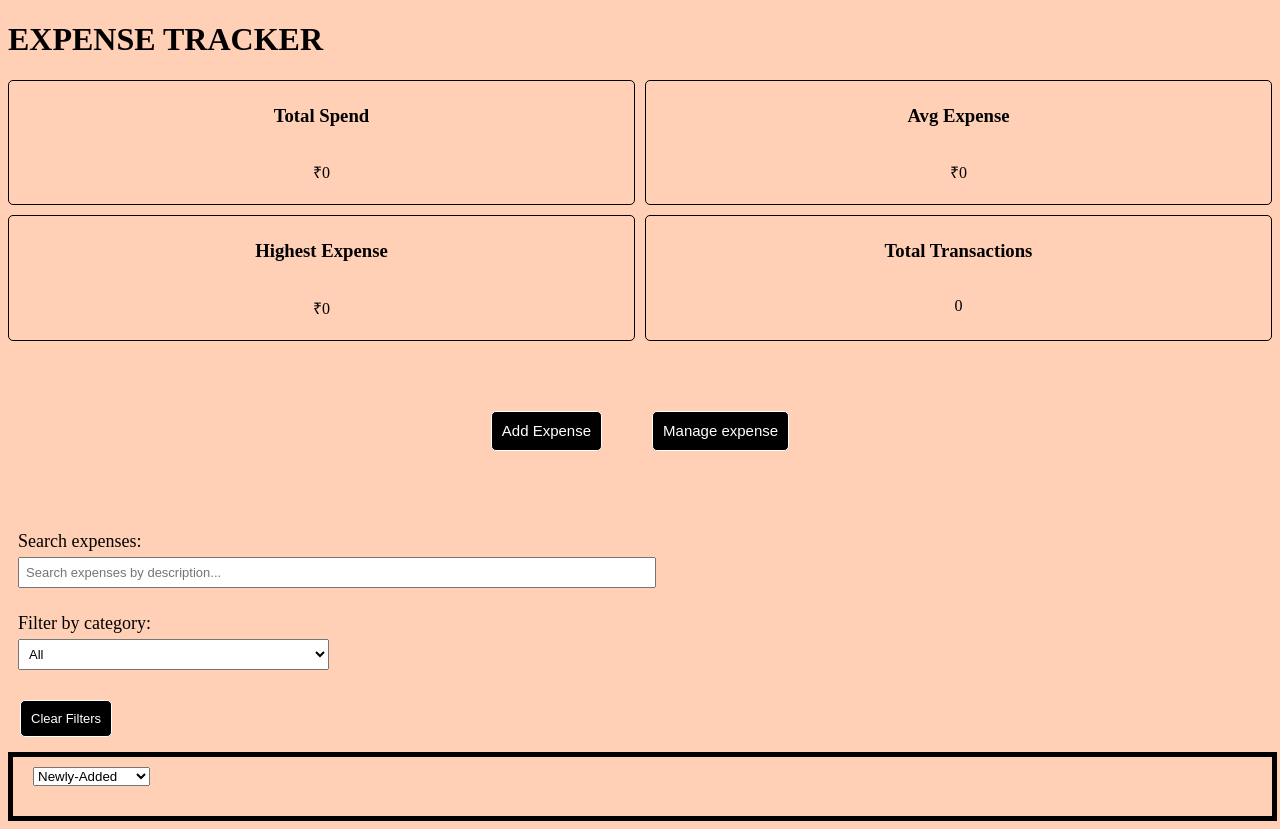
Repository: Gaurav124937/Expense-Tracker
Page: index.html
The author's editor kept a copy of each file at every save. The page is drawn from the files as they stood at one save, then again after the next save.
The browser window is 1280 px wide. The pictures show the whole page.

Above is the page before, as saved 2026-09-21 20:38:30.

### index.html
<!doctype html>
<html lang="en">
  <head>
    <meta charset="UTF-8" />
    <meta name="viewport" content="width=device-width, initial-scale=1.0" />
    <title>Expense tracker</title>
    <link rel="stylesheet" href="style.css" />
    <script src="script.js" defer></script>
  </head>

  <body>
    <h1>EXPENSE TRACKER</h1>

    <div class="grid">
      <section class="section">
        <h3>Total Spend</h3>
        <p>₹0</p>
      </section>

      <section class="section">
        <h3>Avg Expense</h3>
        <p>₹0</p>
      </section>

      <section class="section">
        <h3>Highest Expense</h3>
        <p>₹0</p>
      </section>

      <section class="section transaction-count">
        <h3>Total Transactions</h3>
        <p>0</p>
      </section>
    </div>

    <div class="buttons-grid">
      <button class="btn add-expense-button">Add Expense</button>
      <button class="btn manage-expense-button">Manage expense</button>
    </div>

    <div class="filter-container">
      <div class="search-filter-container">
        <label class="filter-form-label" for="expense-search"
          >Search expenses:</label
        >
        <input
          type="text"
          class="expense-search"
          placeholder="Search expenses by description..."
        />
      </div>
      <div class="category-filter-container">
        <label class="filter-form-label" for="category"
          >Filter by category:</label
        >
        <select class="category-filter" name="category">
          <option value="all">All</option>
          <option value="food">Food</option>
          <option value="petrol">Petrol</option>
          <option value="travel">Travel</option>
          <option value="shopping">Shopping</option>
          <option value="transport">Transport</option>
          <option value="other">Other</option>
        </select>
      </div>
      <div>
        <button class="clear-filters">Clear Filters</button>
      </div>
    </div>
    <div class="main-container">
      <div class="expense-card-sort">
        <select class="sort-expenses">
          <option value="latest">Newly-Added</option>
          <option value="newest">Newest First</option>
          <option value="oldest">Oldest First</option>
          <option value="highest">Highest Amount</option>
          <option value="lowest">Lowest Amount</option>
        </select>
      </div>
      <div class="expense-list expense-list-view"></div>
    </div>
    <form method="post" class="expense-form form-hidden">
      <div class="form">
        <p>ADD YOUR DETAILS</p>

        <div class="formating">
          <label for="expense">Enter amount</label>
          <input type="number" id="expense" name="expense" />
        </div>

        <div class="formating">
          <label for="description">Enter description</label>
          <input type="text" id="description" name="description" />
        </div>

        <div class="formating">
          <label for="category">Select category</label>
          <select id="category" name="category">
            <option value="all">All</option>
            <option value="food">Food</option>
            <option value="petrol">Petrol</option>
            <option value="travel">Travel</option>
            <option value="shopping">Shopping</option>
            <option value="transport">Transport</option>
            <option value="other">Other</option>
          </select>
        </div>

        <div class="formating">
          <label for="date">Enter date</label>
          <input type="date" id="date" name="date" />
        </div>

        <div class="formating">
          <button class="save-expense-button" type="submit">
            Save expense
          </button>
        </div>
      </div>
    </form>

    <div class="total-expense"></div>
  </body>
</html>

### style.css
.grid {
  display: grid;
  grid-template-columns: repeat(2, 1fr);
  gap: 10px;
}

.section {
  display: flex;
  flex-direction: column;
  align-items: center;
  border-radius: 5px;
  border-color: black;
  border: 1px solid;
  padding: 5px;
}
.buttons-grid {
  display: flex;
  flex-direction: row;
  padding: 50px;
  gap: 10px;
  justify-content: center;
}
.btn {
  padding: 10px;
  border-radius: 5px;
  border-color: black;
  border: 1px solid;
  margin: 20px;
  font-size: 15px;
  block-size: 40px;
  color: white;
  background-color: black;
}
.form {
  display: flex;
  flex-direction: column;
  padding: 20px;
}
.formating {
  display: flex;
  flex-direction: column;
  padding: 5px;
  width: 75%;
}
.save-expense-button {
  padding: 10px;
  border-radius: 5px;
  border-color: black;
  border: 1px solid;
  margin-top: 20px;
  font-size: 15px;
  block-size: 40px;
  color: white;
  background-color: black;
  width: 45%;
}
.form-hidden {
  display: none;
}

.main-container {
  padding: 10px;
  border: 5px solid;
  gap: 10px;
  width: 98%;
}

.expense-list-view {
  display: flex;
  flex-direction: row;
  padding: 10px;
  gap: 10px;
  overflow-x: auto;
}
.expense-display-card {
  display: flex;
  flex-direction: column;
  padding: 8px;
  border: 3px solid;
  border-radius: 10px;
  width: 200px;
  background-color: rgba(0, 26, 255, 0.585);
  height: 300px;
  flex-shrink: 0;
  box-sizing: border-box;
}

.expense-text-styling {
  font-size: 15px;
  color: white;
  font-weight: bold;
}

.delete-expense-button {
  padding: 5px;
  border-radius: 5px;
  width: 50%;
  border-color: black;
  border: 1px solid;
  margin-top: 20px;
  font-size: 15px;
  block-size: 30px;
  color: white;
  background-color: rgba(255, 0, 0, 0.761);
}

.edit-expense-button {
  padding: 5px;
  border-radius: 5px;
  width: 50%;
  border-color: black;
  border: 1px solid;
  margin-top: 20px;
  font-size: 15px;
  block-size: 30px;
  color: white;
  background-color: rgb(0, 0, 0);
}

.expense-info {
  display: flex;
  flex-direction: column;
  flex: 1;
  min-height: 0;
  overflow: auto;
}
.expense-actions {
  display: flex;
  flex-direction: row;
  gap: 10px;
  margin-top: auto;
  flex-shrink: 0;
}

body {
  background-color: rgba(255, 94, 0, 0.288);
}

.expense-description {
  text-overflow: ellipsis;
  overflow: hidden;
  overflow-wrap: break-word;
  line-clamp: 3;
  -webkit-line-clamp: 3;
  display: -webkit-box;
  -webkit-box-orient: vertical;
}

.expense-description.expanded {
  display: block;
  line-clamp: unset;
  -webkit-line-clamp: unset;
  overflow: visible;
  overflow-wrap: break-word;
}
.expense-search {
  width: 50%;
  font-size: 13px;
  padding: 6px;
  margin-bottom: 10px;
}
.category-filter-container {
  display: flex;
  flex-direction: column;
  padding: 10px;
}
.category-filter {
  width: 25%;
  font-size: 13px;
  padding: 6px;
  margin-bottom: 20px;
}
.filter-container {
  display: flex;
  flex-direction: column;
  padding: 5px;
  gap: 5px;
}
.search-filter-container {
  display: flex;
  flex-direction: column;
  padding: 5px;
}
.category-filter-container {
  display: flex;
  flex-direction: column;
  padding: 5px;
}
.filter-form-label {
  font-size: 18px;
  margin-bottom: 5px;
  color: rgb(0, 0, 0);
}
.clear-filters {
  padding: 10px;
  border-radius: 5px;
  border-color: black;
  margin-left: 7px;
  margin-bottom: 10px;
  border: 1px solid;
  font-size: 13px;
  color: white;
  background-color: black;
}

.expense-card-sort {
  margin-left: 10px;
  font-size: 13px;
  width: 20%;
}

### script.js
const addExpenseButton = document.querySelector(".add-expense-button");

const expenseForm = document.querySelector(".expense-form");

addExpenseButton.addEventListener("click", function showExpenseForm() {
  expenseForm.classList.toggle("form-hidden");
});

const expenses = [];
getData();

expenses.forEach((expense) => {
  renderExpense(expense);
});

let editingExpenseId = null;

// FUNCTION WORKS ON SUBMITTING THE FORM
expenseForm.addEventListener("submit", function (event) {
  event.preventDefault();
  const amount = Number(document.querySelector("#expense").value);
  const descript = document.querySelector("#description").value;
  const category = document.querySelector("#category").value;
  const date = document.querySelector("#date").value;

  if (amount <= 0 || descript.trim() === "" || category == "" || date === "") {
    alert("please enter all details carefully");
    return;
  }
  const expense = {
    id: crypto.randomUUID(),
    expense: amount,
    description: descript,
    category: category,
    date: date,
  };

  //IMPLEMENTATION OF EDIT EXPENSE WORKING

  if (editingExpenseId == null) {
    expenses.push(expense);
    storingData();
    expenseForm.reset();

    renderExpense(expense);
  } else {
    const index = expenses.findIndex(
      (expense) => expense.id === editingExpenseId,
    );
    const expenseToSave = expenses[index];
    if (index !== -1) {
      expenseToSave.expense = amount;
      expenseToSave.description = descript;
      expenseToSave.category = category;
      expenseToSave.date = date;
    }

    storingData();
    expenseForm.reset();
    const expenseElement = document.getElementById(editingExpenseId);
    const infoDiv = expenseElement.querySelector(".expense-info");
    infoDiv.innerHTML = `
    <p class="expense-text-styling expense-description ">${expenseToSave.description}</p>
    <p class="expense-text-styling">₹${expenseToSave.expense}</p>
    <p class="expense-text-styling">${expenseToSave.category}</p>
  <p class="expense-text-styling">${expenseToSave.date}</p>
  `;
    document.querySelector(".total-expense").innerHTML =
      `<p>TOTAL EXPENSE: ${totalExpense()}</p>`;

    editingExpenseId = null;
  }
});

//FUNCTION TO FIND TOTAL EXPENSE
function totalExpense() {
  const totalExpense = expenses.reduce((total, expense) => {
    return total + expense.expense;
  }, 0);
  return totalExpense;
}

// FUNCTIONS TO STORE AND GET DATA
function storingData() {
  const expenseArrayString = JSON.stringify(expenses);
  localStorage.setItem("array", expenseArrayString);
}

function getData() {
  const expensesArray = JSON.parse(localStorage.getItem("array"));
  if (expensesArray !== null) {
    expenses.push(...expensesArray);
  }

  console.log(expensesArray);
}

//FUNCTION TO DISPLAY EXPENSE ON DISPLAY
function renderExpense(expense) {
  const expenseList = document.querySelector(".expense-list");

  const expenseElement = document.createElement("div");
  expenseElement.classList.add("expense-display-card");
  expenseElement.id = expense.id;

  const infoDiv = document.createElement("div");
  infoDiv.classList.add("expense-info");
  infoDiv.innerHTML = `
    <p class="expense-text-styling expense-description ">${expense.description}</p>
    <p class="expense-text-styling">₹${expense.expense}</p>
    <p class="expense-text-styling">${expense.category}</p>
  <p class="expense-text-styling">${expense.date}</p>
  `;
  expenseElement.appendChild(infoDiv);

  const actionDiv = document.createElement("div");
  actionDiv.classList.add("expense-actions");
  actionDiv.innerHTML = `
  <button class="delete-expense-button">Delete</button>
  <button class="edit-expense-button">Edit</button>
  `;

  expenseElement.appendChild(actionDiv);

  expenseList.appendChild(expenseElement);
  const descriptionElement = expenseElement.querySelector(
    ".expense-description",
  );
  descriptionElement.addEventListener("click", () => {
    descriptionElement.classList.toggle("expanded");
  });

  updateTotal();

  const deleteExpense = expenseElement.querySelector(".delete-expense-button");
  deleteExpense.addEventListener("click", function () {
    expenseElement.remove();
    const index = expenses.findIndex(
      (expense) => expense.id === expenseElement.id,
    );
    if (index !== -1) {
      expenses.splice(index, 1);
    }

    storingData();

    updateTotal();
  });

  const editExpense = expenseElement.querySelector(".edit-expense-button");
  editExpense.addEventListener("click", function () {
    const index = expenses.findIndex(
      (expense) => expense.id === expenseElement.id,
    );
    if (index !== -1) {
      const expenseToEdit = expenses[index];

      editingExpenseId = expenseToEdit.id;

      document.querySelector("#expense").value = expenseToEdit.expense;
      document.querySelector("#description").value = expenseToEdit.description;
      document.querySelector("#category").value = expenseToEdit.category;
      document.querySelector("#date").value = expenseToEdit.date;
    }
    expenseForm.classList.toggle("form-hidden");
  });
}

const searchInput = document.querySelector(".expense-search");
searchInput.addEventListener("input", updateExpenseList);

const categoryFilter = document.querySelector(".category-filter");
categoryFilter.addEventListener("change", updateExpenseList);

const sortExpenses = document.querySelector(".sort-expenses");
sortExpenses.addEventListener("change", updateExpenseList);

//FUNCTION FOR FILTER EXPENSES BY DESCRIPTION, CATEGORY AND SORTING
function updateExpenseList() {
  const searchText = searchInput.value.toLowerCase();
  const selectedCategory = categoryFilter.value;
  const selectedSort = sortExpenses.value;

  let displayedExpenses = expenses.filter((expense) => {
    const matchesSearch = expense.description
      .toLowerCase()
      .includes(searchText);

    const matchesCategory =
      selectedCategory === "all" ||
      expense.category.toLowerCase() === selectedCategory;

    return matchesSearch && matchesCategory;
  });

  if (selectedSort === "latest") {
    expenses.forEach((expense) => {
      renderExpense(expense);
    });
  }

  if (selectedSort === "highest") {
    displayedExpenses.sort((a, b) => b.expense - a.expense);
  }

  if (selectedSort === "lowest") {
    displayedExpenses.sort((a, b) => a.expense - b.expense);
  }

  if (selectedSort === "newest") {
    displayedExpenses.sort((a, b) => new Date(b.date) - new Date(a.date));
  }

  if (selectedSort === "oldest") {
    displayedExpenses.sort((a, b) => new Date(a.date) - new Date(b.date));
  }

  const expenseList = document.querySelector(".expense-list");
  expenseList.innerHTML = "";

  if (displayedExpenses.length === 0) {
    expenseList.innerHTML = "<p>No expenses found.</p>";
    return;
  }

  displayedExpenses.forEach((expense) => {
    renderExpense(expense);
  });
}
//FUNCTION FOR UPDATING TOTAL
function updateTotal() {
  const totalAmount = document.querySelector(".total-expense");

  totalAmount.innerHTML = `<p>TOTAL EXPENSE: ${totalExpense()}</p>`;
}

//CLEARING FILTER
const clearFiltersButton = document.querySelector(".clear-filters");

clearFiltersButton.addEventListener("click", function () {
  searchInput.value = "";
  categoryFilter.value = "all";
  sortExpenses.value = "latest";

  updateExpenseList();
});

function updateTransactionCount() {
  const count = expenses.length;
  const transactionCount = document.querySelector(".transaction-count");
  transactionCount.innerHTML = `
  <h3>Total Transactions</h3>
  <p>${count}</p>
  `;
}

After the next save:
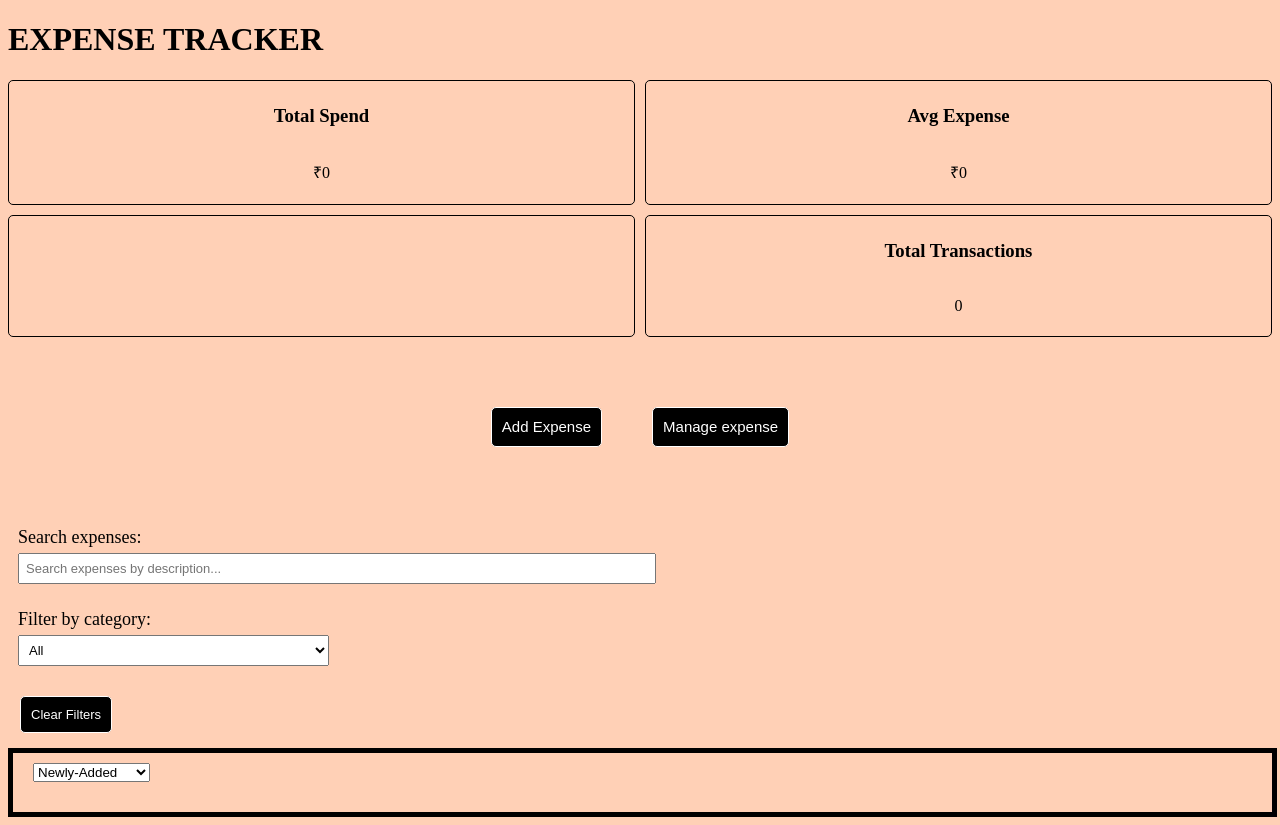
Saved 24 s later.
--- a/index.html
+++ b/index.html
@@ -23,8 +23,6 @@
       </section>
 
       <section class="section">
-        <h3>Highest Expense</h3>
-        <p>₹0</p>
       </section>
 
       <section class="section transaction-count">
